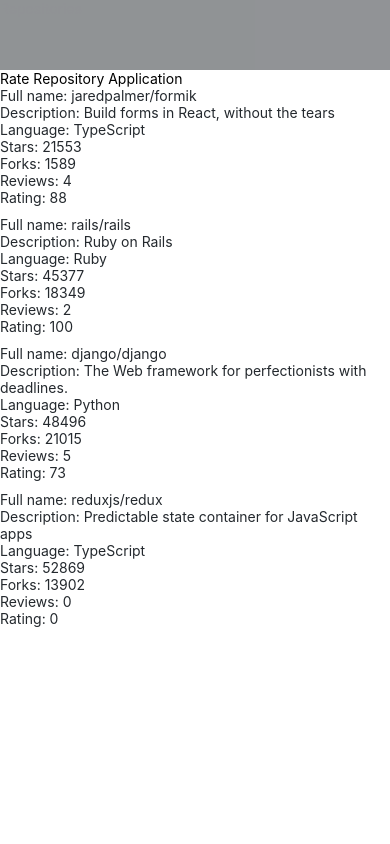
Repository: OrmeSile/react-native-FSO
Screen: / (app in rate-repository-app/)
These files come from the project's save history. The screen is drawn as it stood at one moment and after the next save; the edit follows.
The app was drawn by React Native's web renderer in a window 390 px wide. The project was rebuilt for these pictures with package versions that can differ from the ones it lists, and the page was loaded fresh each time. Some packages were replaced by stand-ins written for this rebuild.

Above is the screen before, as saved 2022-05-15 16:34:17.

After the next save:
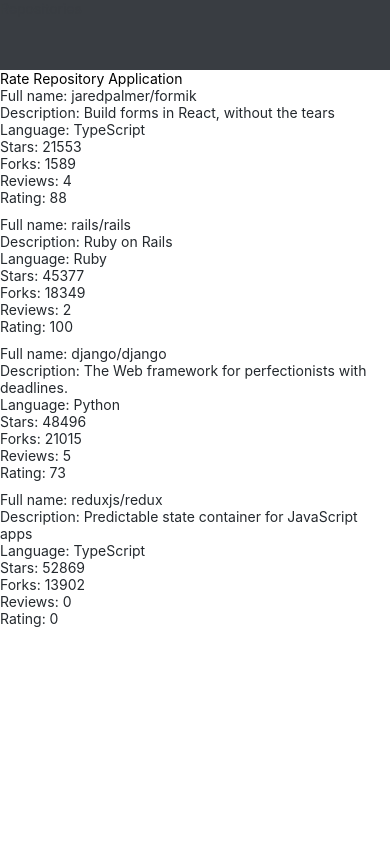
Saved 42 s later.
--- a/rate-repository-app/src/components/AppBar.jsx
+++ b/rate-repository-app/src/components/AppBar.jsx
@@ -8,7 +8,7 @@
     paddingTop: Constants.statusBarHeight,
     height: 70,
     backgroundColor: theme.colors.appBarBackgroundColor,
-    opacity: 0.5
+    opacity: 0.9
   },
   pressableTab: {
 
